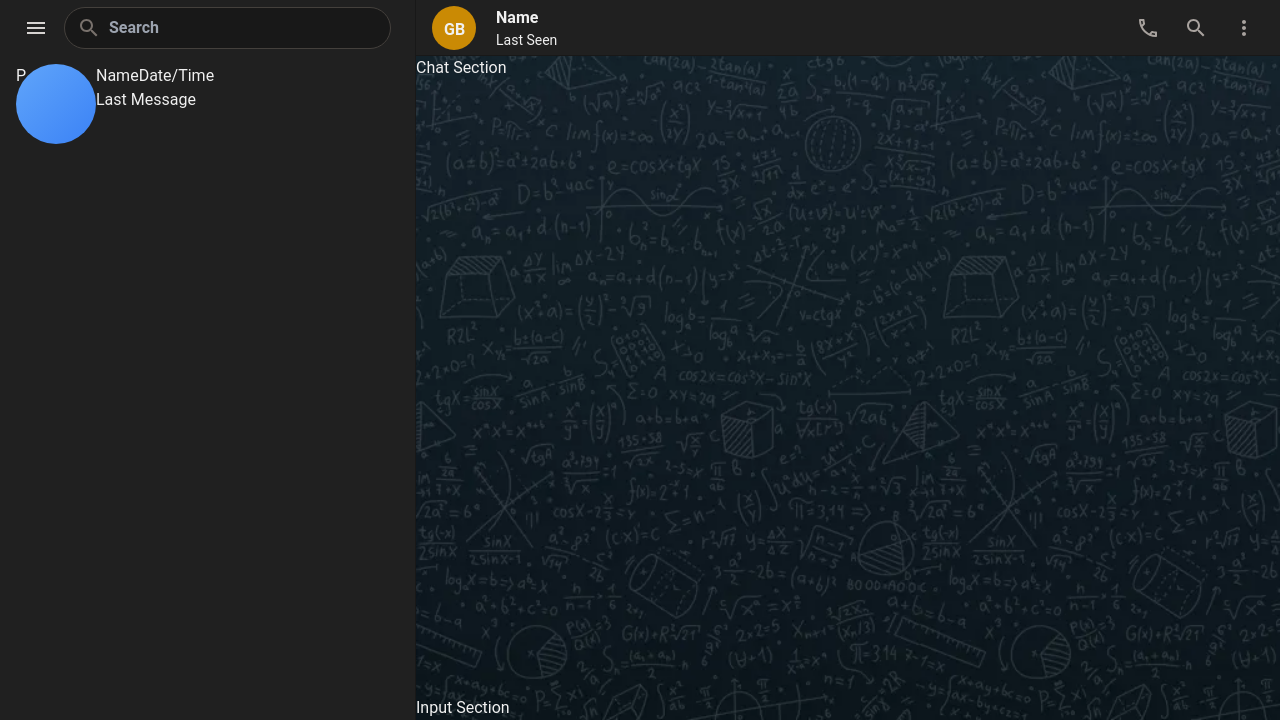
Repository: Qu4ntumGuy/telegram-clone
Page: /
These files come from the project's save history. The page is drawn as it stood at one moment and after the next save; the edit follows.
The browser window is 1280 px wide. The pictures show the whole page.
The page's requests for data from a server got no answer. The project was rebuilt for these pictures with package versions that can differ from the ones it lists, and the page was loaded fresh each time. No one was signed in, and anything a server would have sent is missing. Also part of the build but not shown: src/Pages/ChatPage.js/ChatPage.js.

Above is the page before, as saved 2024-07-15 13:45:32.

### src/index.css
@tailwind base;
@tailwind components;
@tailwind utilities;

:root {
  font-family: "Roboto", sans-serif;
  color-scheme: light;
  body {
    @apply bg-[#181818] text-[#f0f0f0];
  }
}
/*
:root {
  @apply bg-[#181818];
} */

### src/App.js
import { Routes, BrowserRouter, Route } from "react-router-dom";
import Sidebar from "./Components/Sidebar";
import Home from "./Pages/Home/Home";
import ChatPage from "./Pages/ChatPage.js/ChatPage";

function App() {
  return (
    <div className="flex max-w-[105rem] mx-auto">
      <Sidebar />
      <BrowserRouter>
        <Routes>
          <Route path="/" element={<Home />} />
          <Route path="/k/:id" element={<ChatPage />} />
        </Routes>
      </BrowserRouter>
      {/* <Home /> */}
    </div>
  );
}

export default App;

### src/Components/Sidebar.js
import React, { useEffect, useRef, useState } from "react";
import MenuIcon from "@mui/icons-material/Menu";
import SearchIcon from "@mui/icons-material/Search";
import axios from "axios";
import Chat from "./Chat";

function Sidebar() {
  const [page, setPage] = useState(1);
  const [channels, setChannels] = useState([]);
  const fetchChannels = async () => {
    try {
      const res = await axios.get(
        `https://devapi.beyondchats.com/api/get_all_chats?page=${page}`,
        {
          headers: {
            Accept: "application/json",
          },
        }
      );
      //   console.log(res);
      setChannels(res.data.data.data);
      console.log(res.data.data.data);
    } catch (error) {
      console.log(error);
    }
  };

  function formatString(str) {
    str = str.trim();
    const words = str.split(/\s+/);
    if (words.length === 1) {
      return words[0].charAt(0).toUpperCase();
    } else if (words.length === 2) {
      return (
        words[0].charAt(0).toUpperCase() + words[1].charAt(0).toUpperCase()
      );
    } else {
      return (
        words[0].charAt(0).toUpperCase() +
        words[words.length - 1].charAt(0).toUpperCase()
      );
    }
  }

  useEffect(() => {
    fetchChannels();
  }, []);

  const ref = useRef();
  return (
    <div className="w-full md:max-w-[26rem] bg-[#202020] border-r border-[#181818] h-screen">
      <div className="flex items-center justify-start px-4 h-14 w-full">
        <div className="px-2 text-stone-300">
          <MenuIcon />
        </div>

        <div className="flex items-center justify-start border text-stone-500 w-full px-3 mx-2 border-stone-700 rounded-full p-2 bg-[#181818]">
          <div className="w-auto">
            <SearchIcon />
          </div>
          <form className="w-full text-white font-semibold">
            <input
              className=" w-full bg-inherit pl-2 focus:outline-none"
              placeholder="Search"
            />
            <div className="w-full bg-inherit pl-2"></div>
          </form>
        </div>
      </div>
      <div className=" overflow-y-auto">
        <Chat />
      </div>
    </div>
  );
}

export default Sidebar;

### src/Pages/Home/Home.js
import React from "react";
import backgroundImage from "../../Assets/Desktop.webp";
import Topbar from "../../Components/Topbar";

function Home() {
  const image =
    "https://blog.1a23.com/wp-content/uploads/sites/2/2020/02/pattern_02-150x150.png";

  //   const divStyle = {
  //     width: "100%",
  //     height: "100vh", // Adjust the height as needed
  //     backgroundImage: `url(${backgroundImage})`,
  //     backgroundSize: "cover", // Ensures the image covers the entire div
  //     backgroundPosition: "center", // Centers the image
  //   };
  return (
    <div
      className="md:flex flex-col justify-center bg-cover h-screen hidden md:w-full "
      style={{ backgroundImage: `url(${backgroundImage})` }}
    >
      <div className="top-0 mb-auto h-14 bg-[#202020] border-b border-[#181818]">
        <Topbar />
      </div>
      <div className="flex flex-col h-full">
        <div className="top-0">Chat Section</div>
        <div className="bottom-0 mt-auto">Input Section</div>
      </div>
    </div>
  );
}

export default Home;

### src/Components/Chat.js
import React from "react";

function Chat({ name, profile }) {
  return (
    <div className="flex hover:bg-stone-700 hover:bg-opacity-30 p-2 mx-2 rounded-lg">
      <div className=" bg-gradient-to-br from-blue-400 rounded-full w-20 h-20 to-blue-500">
        P
      </div>
      <div className="flex flex-col">
        <div className="flex">
          <div>Name</div>
          <div>Date/Time</div>
        </div>
        <div>Last Message</div>
      </div>
    </div>
  );
}

export default Chat;

### src/Components/Topbar.js
import React from "react";
import CallOutlinedIcon from "@mui/icons-material/CallOutlined";
import SearchIcon from "@mui/icons-material/Search";
import MoreVertIcon from "@mui/icons-material/MoreVert";

function Topbar() {
  return (
    <div className="flex px-4 h-14">
      <div className="flex-1 flex items-center">
        <div className="bg-yellow-600 p-3 rounded-full h-11 w-11 text-center align-middle font-bold">
          <div className="text-center align-middle">GB</div>
        </div>
        <div className="flex flex-col pl-5 w-full">
          <div className="font-semibold">Name</div>
          <div className="text-sm"> Last Seen</div>
        </div>
      </div>
      <div className="flex items-center space-x-2 font-bold pl-3 text-stone-400">
        <div className=" rounded-full cursor-pointer hover:bg-stone-700 hover:bg-opacity-30 p-2">
          <CallOutlinedIcon />
        </div>
        <div className=" rounded-full cursor-pointer hover:bg-stone-700 hover:bg-opacity-30 p-2">
          <SearchIcon />
        </div>
        <div className=" rounded-full cursor-pointer hover:bg-stone-700 hover:bg-opacity-30 p-2">
          <MoreVertIcon />
        </div>
      </div>
    </div>
  );
}

export default Topbar;

Loaded but not shown: public/index.html (common file); src/index.js (common file); src/reportWebVitals.js (common file); tailwind.config.js (common file)

After the next save:
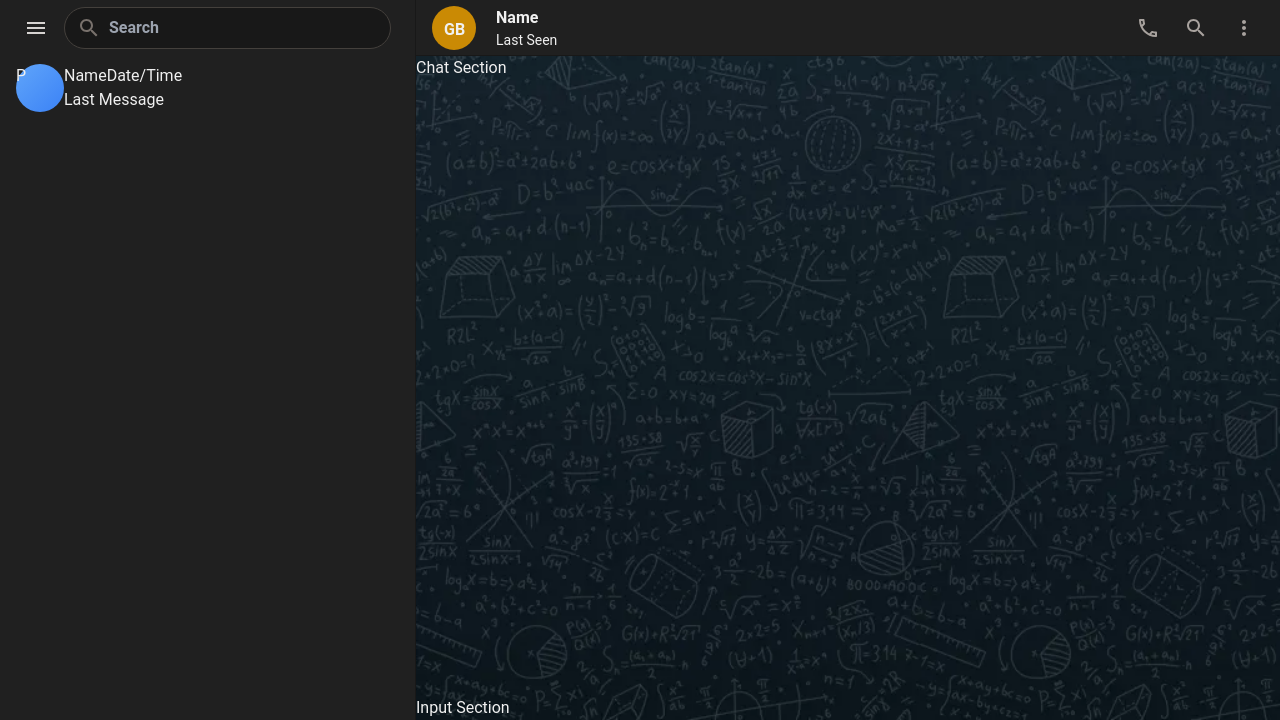
Saved 7 s later.
--- a/src/Components/Chat.js
+++ b/src/Components/Chat.js
@@ -3,7 +3,7 @@ import React from "react";
 function Chat({ name, profile }) {
   return (
     <div className="flex hover:bg-stone-700 hover:bg-opacity-30 p-2 mx-2 rounded-lg">
-      <div className=" bg-gradient-to-br from-blue-400 rounded-full w-20 h-20 to-blue-500">
+      <div className=" bg-gradient-to-br from-blue-400 rounded-full w-12 h-12 to-blue-500">
         P
       </div>
       <div className="flex flex-col">
